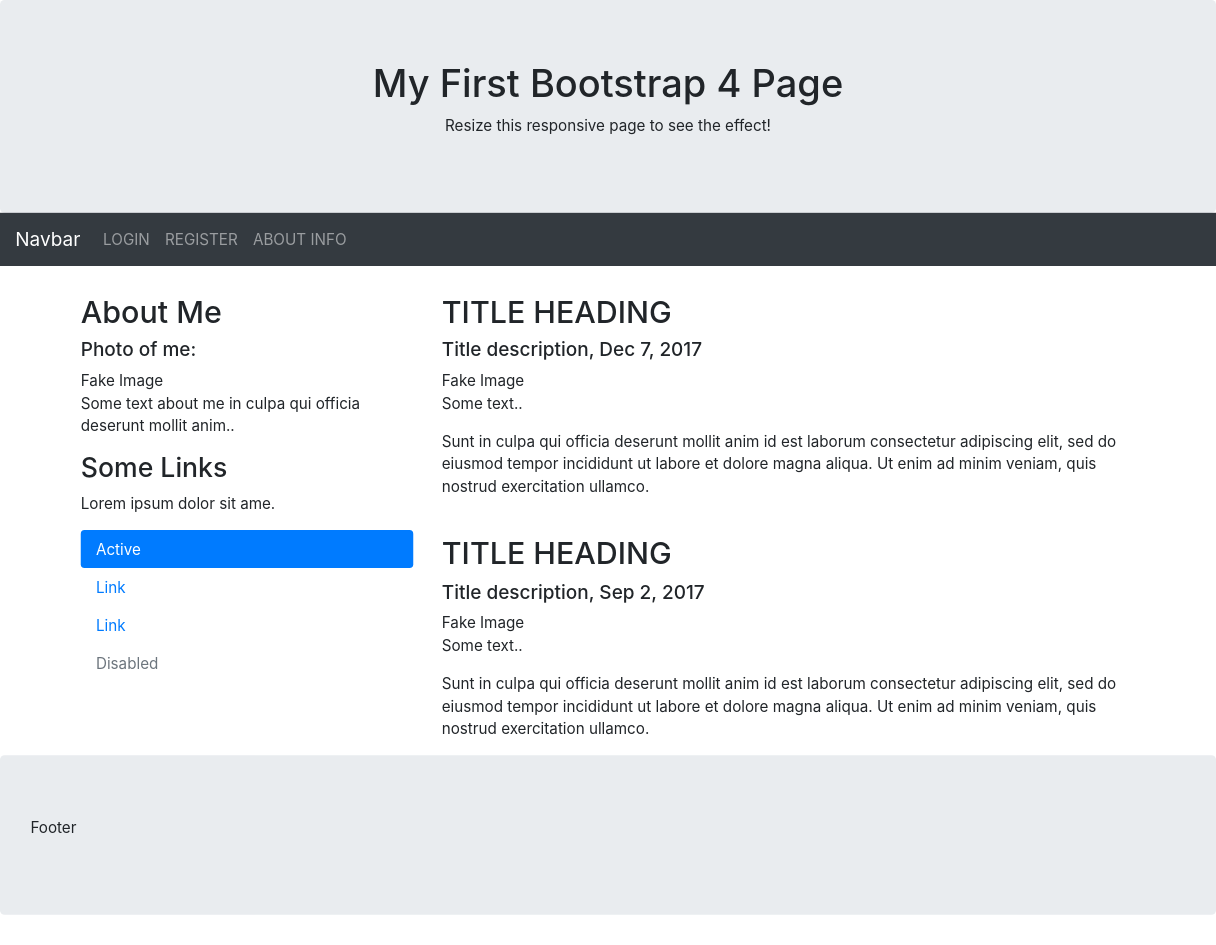
Repository: Apoorvasuswaram/cts
Page: appu/WebContent/main.html
These files come from the project's save history. The page is drawn as it stood at one moment and after the next save; the edit follows.
The browser window is 1280 px wide. The pictures show the whole page, at 95% of full size.

Above is the page before, as saved 2020-01-18 11:39:36.

### appu/WebContent/main.html
<!DOCTYPE html>
<html lang="en">
<head>
  <title>WANT TO HELP NATURE</title>
  <meta charset="utf-8">
  <meta name="viewport" content="width=device-width, initial-scale=1">
  <link rel="stylesheet" href="https://maxcdn.bootstrapcdn.com/bootstrap/4.4.1/css/bootstrap.min.css">
  <script src="https://ajax.googleapis.com/ajax/libs/jquery/3.4.1/jquery.min.js"></script>
  <script src="https://cdnjs.cloudflare.com/ajax/libs/popper.js/1.16.0/umd/popper.min.js"></script>
  <script src="https://maxcdn.bootstrapcdn.com/bootstrap/4.4.1/js/bootstrap.min.js"></script>
  <style>
  .fakeimg{
  .rounded_circle {
  <img src="beautiful.jpg" class="rounded-circle" alt="Nature" width="304" height="236">
    height: 200px;
    background: #aaa;
  }
  }
  </style>
</head>
<body>

<div class="jumbotron text-center" style="margin-bottom:0">
  <h1>My First Bootstrap 4 Page</h1>
  <p>Resize this responsive page to see the effect!</p>
</div>

<nav class="navbar navbar-expand-sm bg-dark navbar-dark">
  <a class="navbar-brand" href="#">Navbar</a>
  <button class="navbar-toggler" type="button" data-toggle="collapse" data-target="#collapsibleNavbar">
    <span class="navbar-toggler-icon"></span>
  </button>
  <div class="collapse navbar-collapse" id="collapsibleNavbar">
    <ul class="navbar-nav">
      <li class="nav-item">
        <a class="nav-link" href="a.html">LOGIN</a>
      </li>
      <li class="nav-item">
        <a class="nav-link" href="b.html">REGISTER</a>
      </li>
      <li class="nav-item">
        <a class="nav-link" href="c.html">ABOUT INFO</a>
      </li>
    </ul>
  </div>
</nav>

<div class="container" style="margin-top:30px">
  <div class="row">
    <div class="col-sm-4">
      <h2>About Me</h2>
      <h5>Photo of me:</h5>
      <div class="fakeimg">Fake Image</div>
      <p>Some text about me in culpa qui officia deserunt mollit anim..</p>
      <h3>Some Links</h3>
      <p>Lorem ipsum dolor sit ame.</p>
      <ul class="nav nav-pills flex-column">
        <li class="nav-item">
          <a class="nav-link active" href="#">Active</a>
        </li>
        <li class="nav-item">
          <a class="nav-link" href="#">Link</a>
        </li>
        <li class="nav-item">
          <a class="nav-link" href="#">Link</a>
        </li>
        <li class="nav-item">
          <a class="nav-link disabled" href="#">Disabled</a>
        </li>
      </ul>
      <hr class="d-sm-none">
    </div>
    <div class="col-sm-8">
      <h2>TITLE HEADING</h2>
      <h5>Title description, Dec 7, 2017</h5>
      <div class="fakeimg">Fake Image</div>
      <p>Some text..</p>
      <p>Sunt in culpa qui officia deserunt mollit anim id est laborum consectetur adipiscing elit, sed do eiusmod tempor incididunt ut labore et dolore magna aliqua. Ut enim ad minim veniam, quis nostrud exercitation ullamco.</p>
      <br>
      <h2>TITLE HEADING</h2>
      <h5>Title description, Sep 2, 2017</h5>
      <div class="fakeimg">Fake Image</div>
      <p>Some text..</p>
      <p>Sunt in culpa qui officia deserunt mollit anim id est laborum consectetur adipiscing elit, sed do eiusmod tempor incididunt ut labore et dolore magna aliqua. Ut enim ad minim veniam, quis nostrud exercitation ullamco.</p>
    </div>
  </div>
</div>

<div class="jumbotron" style="margin-top:10">
  <p>Footer</p>
</div>

</body>
</html>

After the next save:
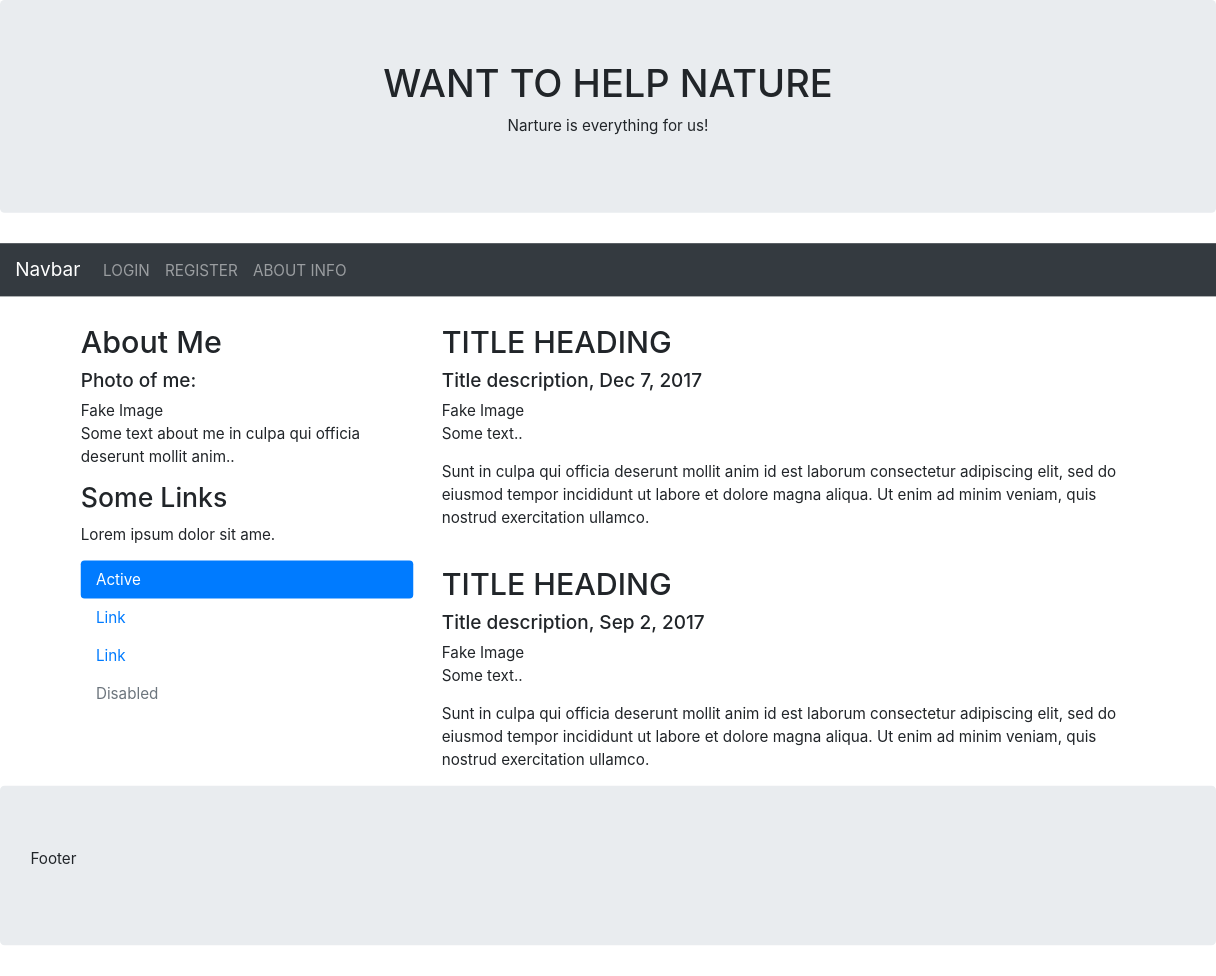
Saved 105 s later.
--- a/appu/WebContent/main.html
+++ b/appu/WebContent/main.html
@@ -20,9 +20,9 @@
 </head>
 <body>
 
-<div class="jumbotron text-center" style="margin-bottom:0">
-  <h1>My First Bootstrap 4 Page</h1>
-  <p>Resize this responsive page to see the effect!</p>
+<div class="jumbotron text-center" style="margin-bottom:10">
+  <h1>WANT TO HELP NATURE</h1>
+  <p>Narture is everything for us!</p>
 </div>
 
 <nav class="navbar navbar-expand-sm bg-dark navbar-dark">
